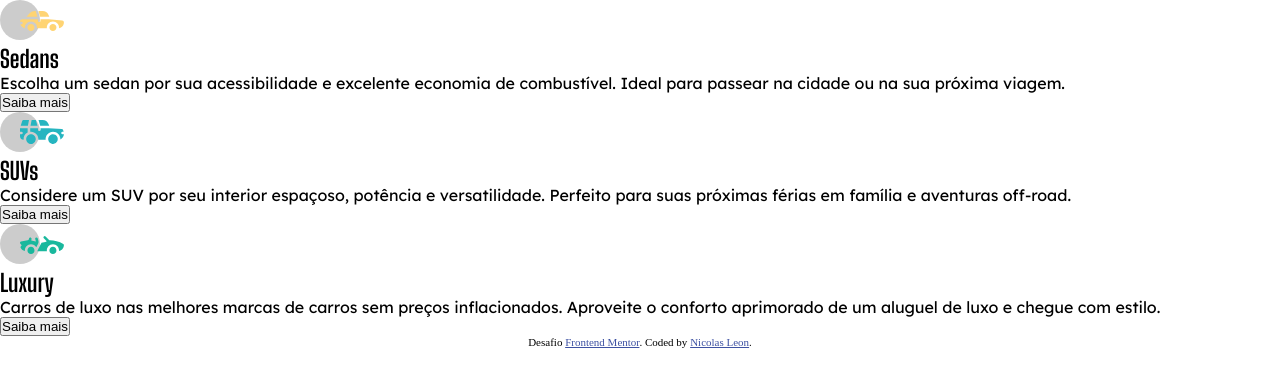
Repository: Leonngc/Car-cards
Page: index.html
These files come from the project's save history. The page is drawn as it stood at one moment and after a run of saves; the edit follows.
The browser window is 1280 px wide. The pictures show the whole page.

Above is the page before, as saved 2023-01-17 12:13:39.

### index.html
<!DOCTYPE html>
<html lang="pt-br">
  <head>
    <meta charset="UTF-8" />
    <meta name="viewport" content="width=device-width, initial-scale=1.0" />
    <!-- displays site properly based on user's device -->

    <link
      rel="icon"
      type="image/png"
      sizes="32x32"
      href="./images/favicon-32x32.png"
    />

    <link rel="stylesheet" href="styles/style.css" />

    <title>Frontend Mentor | 3-column preview card component</title>

    <!-- Feel free to remove these styles or customise in your own stylesheet 👍 -->
    <style>
      .attribution {
        font-size: 11px;
        text-align: center;
      }
      .attribution a {
        color: hsl(228, 45%, 44%);
      }
    </style>
  </head>
  <body>
    <main>
      <div class="card" id="sedan">
        <div class="image"><img src="images/icon-sedans.svg" alt="" /></div>
        <h2>Sedans</h2>
        <p>
          Escolha um sedan por sua acessibilidade e excelente economia de
          combustível. Ideal para passear na cidade ou na sua próxima viagem.
        </p>
        <button>Saiba mais</button>
      </div>
      <div class="card" id="suv">
        <div class="image"><img src="images/icon-suvs.svg" alt="" /></div>

        <h2>SUVs</h2>
        <p>
          Considere um SUV por seu interior espaçoso, potência e versatilidade.
          Perfeito para suas próximas férias em família e aventuras off-road.
        </p>
        <button>Saiba mais</button>
      </div>
      <div class="card" id="luxury">
        <div class="image"><img src="images/icon-luxury.svg" alt="" /></div>
        <h2>Luxury</h2>
        <p>
          Carros de luxo nas melhores marcas de carros sem preços inflacionados.
          Aproveite o conforto aprimorado de um aluguel de luxo e chegue com
          estilo.
        </p>
        <button>Saiba mais</button>
      </div>
    </main>

    <footer class="attribution">
      Desafio
      <a href="https://www.frontendmentor.io?ref=challenge" target="_blank"
        >Frontend Mentor</a
      >. Coded by <a href="#">Nicolas Leon</a>.
    </footer>
  </body>
</html>

### styles/style.css
@import url('https://fonts.googleapis.com/css2?family=Lexend+Deca&display=swap');

@import url('https://fonts.googleapis.com/css2?family=Big+Shoulders+Display:wght@700&display=swap');

*{
    margin: 0 auto;
    padding: 0;
}

:root{
    --font-body: 'Lexend Deca', sans-serif;

    --font-title: 'Big Shoulders Display', cursive;
}

h2{
    font-family: var(--font-title);
}

.card > p{
    font-family: var(--font-body);
}

After the next 2 saves:
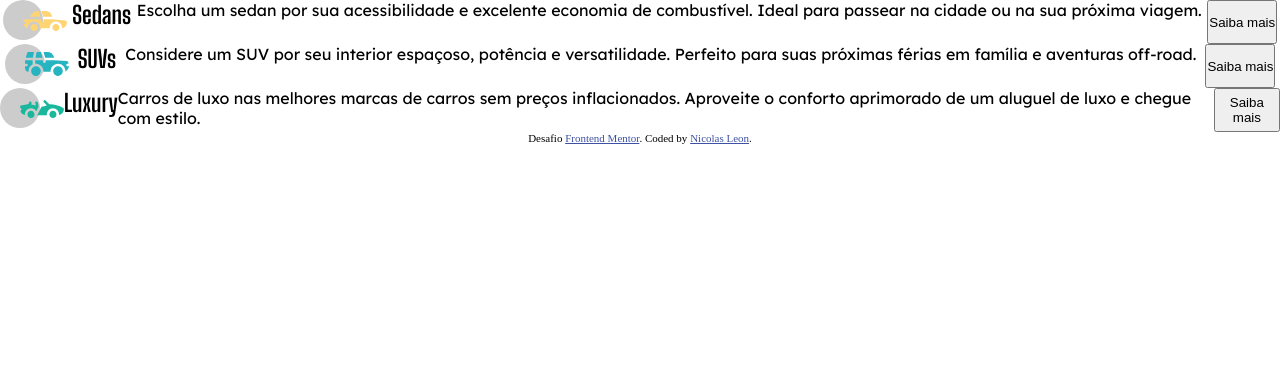
The 2 saves are shown as one change because they came seconds apart.
The last was saved 17 s later.
--- a/styles/style.css
+++ b/styles/style.css
@@ -20,3 +20,7 @@
 .card > p{
     font-family: var(--font-body);
 }
+
+.card{
+    display: flex;
+}

After the save that followed:
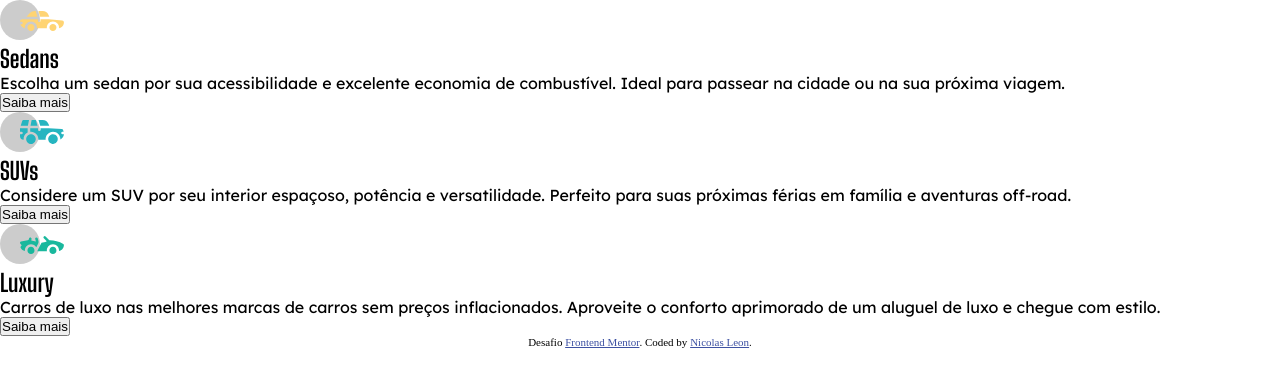
Saved 15 s later.
--- a/styles/style.css
+++ b/styles/style.css
@@ -22,5 +22,5 @@
 }
 
 .card{
-    display: flex;
+    display: flexbox;
 }
